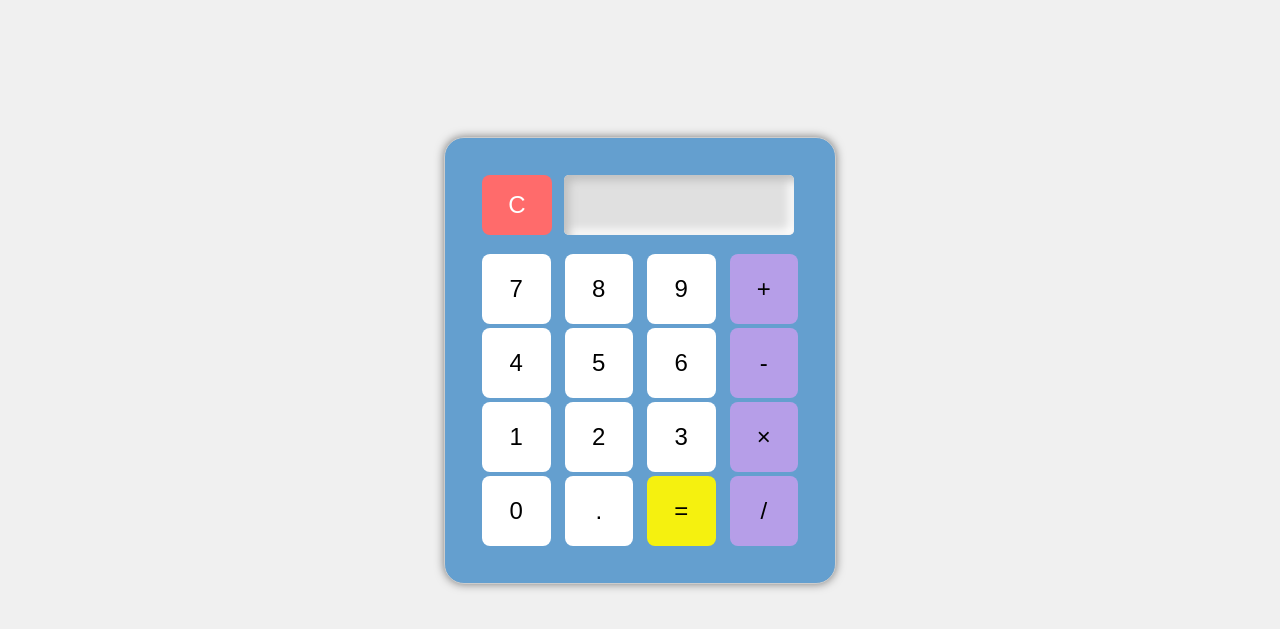
Repository: Burnmyheart/calculator
Page: index.html
These files come from the project's save history. The page is drawn as it stood at one moment and after the next save; the edit follows.
The browser window is 1280 px wide. The pictures show the whole page.

Above is the page before, as saved 2025-04-29 00:11:37.

After the next save:
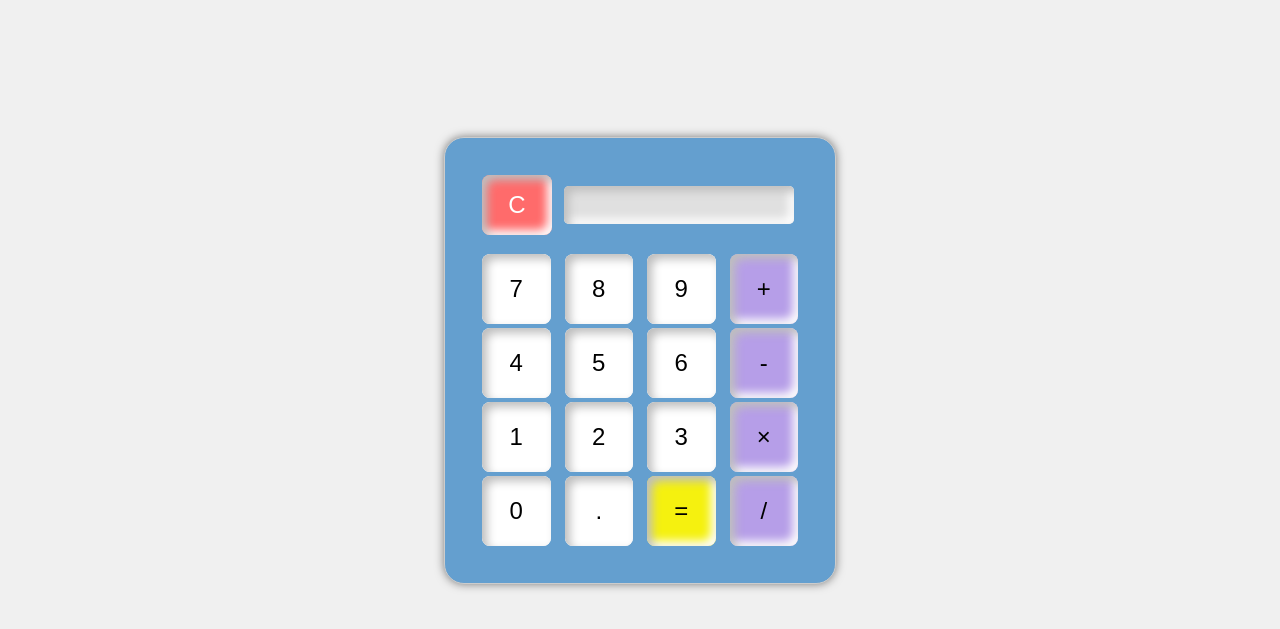
Saved 102 s later.
--- a/style.css
+++ b/style.css
@@ -32,7 +32,7 @@ input {
 
 #display {
   width: 200px;
-  height: 50px;
+  height: 5=550px;
   padding: 5px 15px;
   text-align: right;
   font-size: 24px;
@@ -56,6 +56,7 @@ button {
   font-size: 24px;
   cursor: pointer;
   transition: all 0.2s ease;
+  box-shadow: inset 5px 5px 10px #bebebe, inset -5px -5px 10px #ffffff;
 }
 button:hover {
   transform: scale(1.1);
